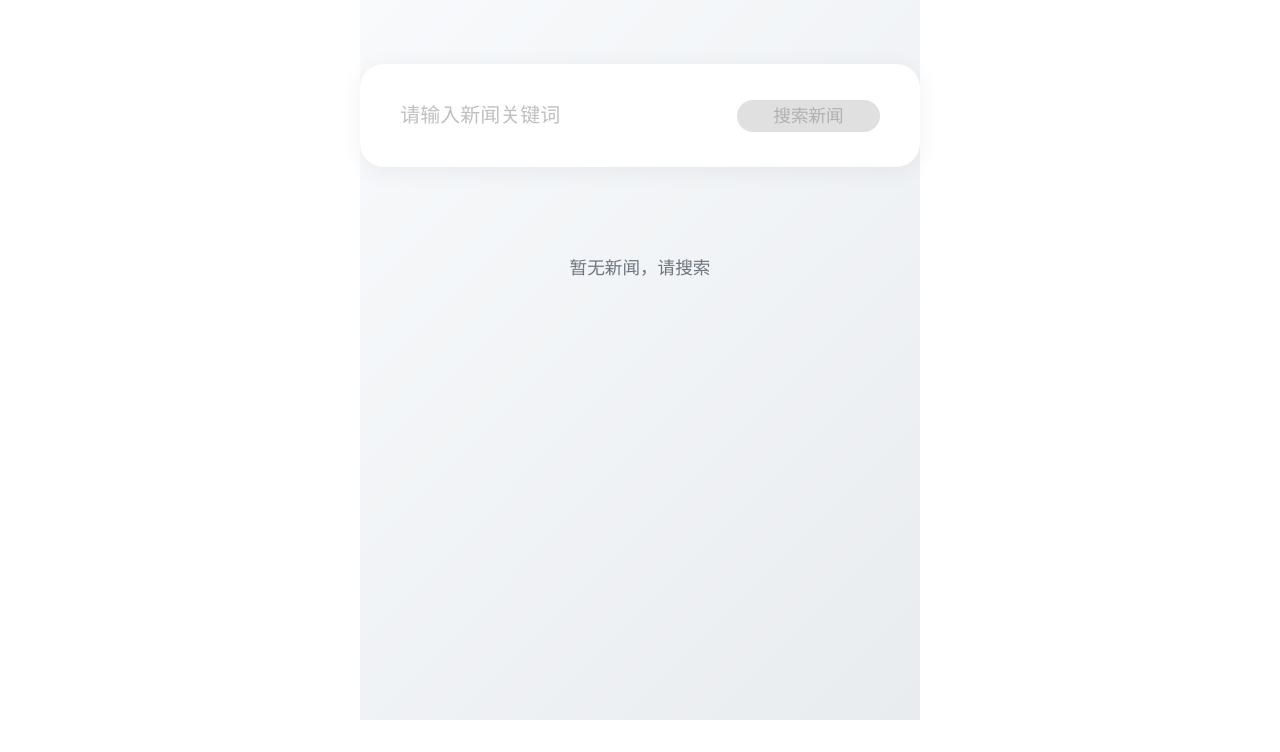
Repository: XJN7197/NewsAssistantBaseMCP
Page: / (app in frontend/)
The author's editor kept a copy of each file at every save. The page is drawn from the files as they stood at one save, then again after the next save.
The browser window is 1280 px wide. The pictures show the whole page.
The project was rebuilt for these pictures with package versions that can differ from the ones it lists, and the page was loaded fresh each time. Also part of the build but not shown: frontend/vite.config.ts.

Above is the page before, as saved 2025-05-22 22:52:06.

### frontend/src/App.tsx
import { useState } from 'react'
import Home from './pages/Home'
import './App.css'

function App() {

  return (
    <>
      <Home/>
    </>
  )
}

export default App

### frontend/src/pages/Home.tsx
import React, { useState } from 'react';
import { List, Checkbox, Button as AntButton, Input, Spin, Modal, Typography, Dropdown } from 'antd'; // Ant Design 组件导入
import 'antd/dist/reset.css'; // 导入 Ant Design 样式
import ReactMarkdown from 'react-markdown';
import remarkGfm from 'remark-gfm';
import styles from './Home.module.css'
import { mockNewsData } from '../mock/newsData'
import { mockReportData } from '../mock/reportData'

// 假设你有这些组件，后续可单独实现
// import NewsSearch from '../components/NewsSearch'
// import NewsCardList from '../components/NewsCardList'
// import AnalyzeButton from '../components/AnalyzeButton'
// import ReportModal from '../components/ReportModal'

const { Title, Text, Link } = Typography;

const Home: React.FC = () => {
  // 搜索关键词
  const [keyword, setKeyword] = useState('')
  // 新闻列表
  const [newsList, setNewsList] = useState<any[]>([])
  // 选中的新闻项
  const [selectedNews, setSelectedNews] = useState<Set<number>>(new Set());
  // 是否正在加载
  const [loading, setLoading] = useState(false)
  // 分析报告内容
  const [report, setReport] = useState<string | null>(null)
  // 控制报告弹窗显示
  const [showReport, setShowReport] = useState(false)

  // 下载报告处理函数
  const handleDownload = () => {
    if (!report) return;

    const timestamp = new Date().toISOString().replace(/[:.]/g, '-');
    const content = report;
    const fileName = `舆情分析报告_${timestamp}.md`;
    const blob = new Blob([content], { type: 'text/plain;charset=utf-8' });
    const url = window.URL.createObjectURL(blob);
    const link = document.createElement('a');
    link.href = url;
    link.download = fileName;
    document.body.appendChild(link);
    link.click();
    document.body.removeChild(link);
    window.URL.revokeObjectURL(url);
  };

  // 搜索新闻
  const handleSearch = async () => {
    setLoading(true)
    setNewsList([]); // 清空旧的新闻列表
    setReport(null); // 清空旧的报告
    setShowReport(false); // 关闭报告弹窗

    try {
      let data;

      // 根据环境变量决定是否使用mock数据
      if (import.meta.env.VITE_USE_MOCK_NEWS === 'true') {
        // 使用mock数据
        await new Promise(resolve => setTimeout(resolve, 1000)); // 模拟延迟
        data = mockNewsData;
      } else {
        // 使用实际API
        const response = await fetch('http://localhost:8000/search', {
          method: 'POST',
          headers: {
            'Content-Type': 'application/json',
          },
          body: JSON.stringify({ keyword: keyword }),
        });

        if (!response.ok) {
          throw new Error(`HTTP error! status: ${response.status}`);
        }

        data = await response.json();
      }

      // 检查返回的数据结构，确保有 news_list 字段
      if (data && data.news_list) {
        console.log("获取到的新闻数据:", data.news_list);
        // 初始化选中状态，默认全部选中
        const initialNewsList = data.news_list.map((news: any, index: number) => ({ ...news, id: index })); // selected 属性由 selectedNews Set 管理
        setNewsList(initialNewsList);
        const initialSelected = new Set<number>(initialNewsList.map((news: any) => news.id));
        setSelectedNews(initialSelected);
      } else {
        setNewsList([{ error: '未获取到新闻数据或数据格式不正确' }]);
      }

    } catch (error) {
      console.error("搜索新闻失败:", error);
      setNewsList([{ error: `搜索新闻失败: ${error}` }]);
    } finally {
      setLoading(false);
    }
  }

  // 分析新闻
  const handleAnalyze = async () => {
    setLoading(true);
    setReport(null); // 清空旧的报告
    setShowReport(true); // Show modal immediately

    // 过滤出选中的新闻
    const newsToAnalyze = newsList.filter(news => selectedNews.has(news.id));

    if (newsToAnalyze.length === 0) {
        setReport("没有新闻内容可供分析。");
        setLoading(false);
        return;
    }

    try {
      let data;

      // 根据环境变量决定是否使用mock数据
      if (import.meta.env.VITE_USE_MOCK_REPORT === 'true') {
        // 使用mock数据
        await new Promise(resolve => setTimeout(resolve, 1000)); // 模拟延迟
        data = mockReportData;
      } else {
        // 使用实际API
        const response = await fetch('http://localhost:8000/analyze', {
          method: 'POST',
          headers: {
            'Content-Type': 'application/json',
          },
          body: JSON.stringify({ news_list: newsToAnalyze }),
        });

        if (!response.ok) {
          throw new Error(`HTTP error! status: ${response.status}`);
        }

        data = await response.json();
      }

      // 检查返回的数据结构，确保有 report 字段
      if (data && data.report) {
        console.log("获取到的分析报告:", data.report);
        setReport(data.report);
      } else {
        setReport("未获取到分析报告或报告格式不正确");
      }

    } catch (error) {
      console.error("分析新闻失败:", error);
      setReport(`分析新闻失败: ${error}`);
    } finally {
      setLoading(false);
    }
  }



  return (
    <div className={styles['home-container']}>
      {/* 搜索栏 - 使用 Ant Design 组件 */}
      <div className={styles['search-bar']}>
        <Input
          placeholder="请输入新闻关键词"
          value={keyword}
          onChange={e => setKeyword(e.target.value)}
          onPressEnter={handleSearch} // 支持回车搜索
          style={{ flex: 1, fontSize: '1.25rem', padding: '12px 0' }} // 保持原有部分样式
        />
        <AntButton
          type="primary"
          onClick={handleSearch}
          loading={loading}
          disabled={!keyword}
          style={{ borderRadius: '16px', padding: '14px 36px', fontSize: '1.1rem', fontWeight: 500 }} // 保持原有部分样式
        >
          搜索新闻
        </AntButton>
      </div>

      {/* 新闻列表 - 使用 Ant Design List 组件 */}
      <div className={styles['news-list-container']}> {/* 新增一个容器来控制 List 的宽度和间距 */}
        {loading && newsList.length === 0 && <div style={{ textAlign: 'center', padding: '40px 0' }}><Spin size="large" /></div>}
        {!loading && newsList.length === 0 && <div style={{ textAlign: 'center', color: '#6c757d', fontSize: '1.1rem', padding: '40px 0' }}>暂无新闻，请搜索</div>}
        {newsList.length > 0 && newsList[0].error && (
          <div className={styles['error-message']}>{newsList[0].error}</div>
        )}
        {newsList.length > 0 && !newsList[0].error && (
          <List
            itemLayout="horizontal"
            dataSource={newsList}
            renderItem={item => {
              const onItemChange = (e: any) => {
                setSelectedNews(prevSelected => {
                  const newSelected = new Set(prevSelected);
                  if (e.target.checked) {
                    newSelected.add(item.id);
                  } else {
                    newSelected.delete(item.id);
                  }
                  return newSelected;
                });
              };
              return (
                <List.Item
                  actions={[
                    <Link href={item.url} target="_blank" rel="noopener noreferrer">阅读原文</Link>
                  ]}
                  style={{ background: '#fff', borderRadius: '12px', marginBottom: '16px', padding: '20px', boxShadow: '0 2px 12px 0 rgba(0,0,0,0.05)' }}
                >
                  <List.Item.Meta
                    avatar={<Checkbox checked={selectedNews.has(item.id)} onChange={onItemChange} style={{paddingRight: '10px'}}/>}
                    title={<Title level={5} style={{ margin: 0, fontSize: '1.3rem', fontWeight: 600, color: '#1d1d1f' }}>{item.title}</Title>}
                    description={<Text type="secondary" style={{ fontSize: '1rem', lineHeight: 1.6, display: '-webkit-box', WebkitLineClamp: 3, WebkitBoxOrient: 'vertical', overflow: 'hidden', textOverflow: 'ellipsis' }}>{item.desc}</Text>}
                  />
                </List.Item>
              );
            }}
          />
        )}
      </div>

      {/* 一键分析按钮 - 使用 Ant Design Button */}
      {newsList.length > 0 && !newsList[0].error && (
        <div className={styles['analyze-btn']}>
          <AntButton
            type="primary"
            onClick={handleAnalyze}
            loading={loading}
            disabled={selectedNews.size === 0}
            style={{ borderRadius: '16px', padding: '16px 48px', fontSize: '1.2rem', fontWeight: 600, background: 'linear-gradient(90deg, #34e89e 0%, #0f3443 100%)' }} // 保持原有部分样式
          >
            一键舆情分析
          </AntButton>
        </div>
      )}

      {/* 分析报告弹窗 - 使用 Ant Design Modal */}
      <Modal
        title={<Title level={3} style={{ textAlign: 'center', marginBottom: 0 }}>舆情分析报告</Title>}
        open={showReport}
        onCancel={() => setShowReport(false)}
        footer={[
          <AntButton
            key="download"
            onClick={handleDownload}
            disabled={!report}
            style={{ borderRadius: '12px', marginRight: '8px' }}
          >
            下载报告
          </AntButton>,
          <AntButton key="close" type="primary" onClick={() => setShowReport(false)} style={{ borderRadius: '12px' }}>
            关闭
          </AntButton>
        ]}
        width="60vw"
        styles={{ body: { maxHeight: '70vh', overflowY: 'auto', background: '#fff', padding: '24px 40px' } }}
      >
        {loading && !report ? (
          <div style={{ textAlign: 'center', padding: '40px 0' }}>
            <Spin size="large" tip="分析报告生成中..." />
          </div>
        ) : report ? (
          <ReactMarkdown remarkPlugins={[remarkGfm]}>{report}</ReactMarkdown>
        ) : (
          <Text>报告生成中或无内容...</Text>
        )}
      </Modal>
    </div>
  )
}

export default Home

### frontend/src/pages/Home.module.css
.home-container {
  min-height: 100vh;
  background: linear-gradient(135deg, #f8fafc 0%, #e9ecef 100%);
  display: flex;
  flex-direction: column;
  align-items: center;
  padding: 64px 0 48px 0; /* 调整了上下padding，左右padding设为0，因为内容区会通过max-width控制 */
  font-family: -apple-system, BlinkMacSystemFont, "Segoe UI", Roboto, "Helvetica Neue", Arial, "PingFang SC", "Hiragino Sans GB", "Microsoft YaHei", sans-serif;
}

.search-bar {
  display: flex;
  align-items: center;
  gap: 24px; /* 增加了元素间距 */
  background: #fff;
  border-radius: 24px; /* 更大的圆角 */
  box-shadow: 0 4px 24px 0 rgba(0,0,0,0.06); /* 更柔和的阴影 */
  padding: 24px 40px; /* 增加了内边距 */
  margin-bottom: 48px; /* 增加了与下方元素的间距 */
  width: 100%;
  max-width: 720px; /* 搜索栏最大宽度 */
}

.search-bar input[type="text"] {
  flex: 1;
  border: none;
  outline: none;
  font-size: 1.25rem; /* 稍大字体 */
  background: transparent;
  color: #222;
  padding: 12px 0; /* 增加了输入框的垂直padding */
}

.search-bar button {
  background: linear-gradient(90deg, #007aff 0%, #00c6fb 100%);
  color: #fff;
  border: none;
  border-radius: 16px; /* 更大的圆角 */
  padding: 14px 36px; /* 增加了按钮padding */
  font-size: 1.1rem; /* 稍大字体 */
  font-weight: 500;
  cursor: pointer;
  transition: background 0.2s, box-shadow 0.2s;
  box-shadow: 0 4px 16px 0 rgba(0,122,255,0.10); /* 按钮阴影 */
}

.search-bar button:disabled {
  background: #e0e0e0;
  color: #b0b0b0;
  cursor: not-allowed;
  box-shadow: none;
}

.news-list-container { /* Renamed from .news-list */
  width: 100%;
  max-width: 900px; /* 新闻列表最大宽度，比搜索栏稍宽 */
  margin-bottom: 40px;
  min-height: 180px; /* 最小高度，避免内容过少时塌陷 */
  display: flex;
  flex-direction: column;
  gap: 24px; /* 新闻卡片之间的间距 */
  /* 可以在这里添加新闻卡片的样式，或者为新闻卡片组件单独创建样式文件 */
}

/* 针对 news-list 中暂无新闻的提示文本样式 */
.news-list > div {
  color: #6c757d; /* 柔和的提示文字颜色 */
  font-size: 1.1rem;
  text-align: center;
  padding: 40px 0;
}

/* Styles for .news-card, .checkbox-container, .news-content, .news-title, .news-desc, .news-link are removed as Ant Design components handle them */

/* 错误消息样式 */
.error-message {
  color: #dc3545; /* 红色错误提示 */
  font-size: 1.1rem;
  text-align: center;
  padding: 40px 0;
}


.analyze-btn {
  margin-bottom: 32px;
}

.analyze-btn button {
  background: linear-gradient(90deg, #34e89e 0%, #0f3443 100%); /* 保持了之前的渐变色 */
  color: #fff;
  border: none;
  border-radius: 16px; /* 更大的圆角 */
  padding: 16px 48px; /* 增加了按钮padding */
  font-size: 1.2rem; /* 稍大字体 */
  font-weight: 600;
  cursor: pointer;
  transition: background 0.2s, box-shadow 0.2s;
  box-shadow: 0 4px 16px 0 rgba(52,232,158,0.10); /* 按钮阴影 */
}

.analyze-btn button:disabled {
  background: #e0e0e0;
  color: #b0b0b0;
  cursor: not-allowed;
  box-shadow: none;
}

/* Styles for .report-modal and its children are removed as Ant Design Modal component handles them */

### frontend/src/mock/newsData.ts
export const mockNewsData = {
    news_list: [
      {
        title: "Qwen引领AI前端技术革新：深度解析一句话开发网页的突破_模型_行业_创新",
        desc: "在人工智能快速发展的2025年，来自量子位的最新报道显示，AI技术正迎来前所未有的革新，尤其是在前端开发领域。由Qwen推出的“AI前端工程师”WebDev工具，以...",
        url: "https://news.sohu.com/a/893821748_121924584"
      },
      {
        title: "谷歌推Gemini2.5Pro模型，AI 助力前端开发与复杂编程",
        desc: "谷歌推Gemini2.5Pro模型#，AI 助力前端开发与复杂编程】5 月7 日消息，科技媒体The Decoder 昨日（5 月6 日）发布博文，报道称谷歌为预热今年的I/O...",
        url: "https://news.sina.com.cn/external/car/2025-05-07/doc-inevtine1324735.shtml"
      },
      {
        title: "前端程序员请注意！首个截图就能生成现代前端代码的AI来了 | 已开源",
        desc: "现在截图生成代码，已经来到了一个新高度——. ⾸个⾯向现代前端代码⽣成的多模态⼤模型解决⽅案，来了！ 而且是开源的那种。 前端程序员请注意！首个截图就能...",
        url: "https://www.qbitai.com/2025/02/258521.html"
      },
      {
        title: "AI包办79%代码，程序员饭碗不保，前端开发要凉，人类只配改Bug？",
        desc: "编码助手更偏向自动化。有79%的Claude Code对话可以被归为「自动化」，即AI直接完成任务，而不是与人类协作「增强」。相比之下，Claude.ai的对话中只有49%是...",
        url: "https://m.36kr.com/p/3271134281245063"
      },
      {
        title: "武汉烽火申请前后端协同开发方法专利，大大降低前后端耦合度",
        desc: "本文源自:金融界. 金融界2025年5月15日消息，国家知识产权局信息显示，武汉烽火信息集成技术有限公司申请一项名为“前后端协同开发方法、装置、设备及可...",
        url: "https://cj.sina.cn/articles/view/1704103183/65928d0f02007wlqg?froms=ggmp"
      }
    ]
  };

### frontend/src/mock/reportData.ts
// 模拟舆情分析报告数据
export const mockReportData = {
  report: `
  **分析时间：** 2025-05-22 20:48:32

  ---

  ## 📥 原始新闻内容

  ### 新闻1
  - **标题**: Qwen引领AI前端技术革新：深度解析一句话开发网页的突破_模型_行业_创新
  - **描述**: 在人工智能快速发展的2025年，来自量子位的最新报道显示，AI技术正迎来前所未有的革新，尤其是在前端开发领域。由Qwen推出的“AI前端工程师”WebDev工具，以...
  - **链接**: https://news.sohu.com/a/893821748_121924584

  ### 新闻2
  - **标题**: 谷歌推Gemini2.5Pro模型，AI 助力前端开发与复杂编程
  - **描述**: 谷歌推Gemini2.5Pro模型#，AI 助力前端开发与复杂编程】5 月7 日消息，科技媒体The Decoder 昨日（5 月6 日）发布博文，报道称谷歌为预热今年的I/O...
  - **链接**: https://news.sina.com.cn/external/car/2025-05-07/doc-inevtine1324735.shtml

  ### 新闻3
  - **标题**: 前端程序员请注意！首个截图就能生成现代前端代码的AI来了 | 已开源
  - **描述**: 现在截图生成代码，已经来到了一个新高度——. ⾸个⾯向现代前端代码⽣成的多模态⼤模型解决⽅案，来了！ 而且是开源的那种。 前端程序员请注意！首个截图就能...
  - **链接**: https://www.qbitai.com/2025/02/258521.html

  ### 新闻4
  - **标题**: AI包办79%代码，程序员饭碗不保，前端开发要凉，人类只配改Bug？
  - **描述**: 编码助手更偏向自动化。有79%的Claude Code对话可以被归为「自动化」，即AI直接完成任务，而不是与人类协作「增强」。相比之下，Claude.ai的对话中只有49%是...
  - **链接**: https://m.36kr.com/p/3271134281245063

  ### 新闻5
  - **标题**: 武汉烽火申请前后端协同开发方法专利，大大降低前后端耦合度
  - **描述**: 本文源自:金融界. 金融界2025年5月15日消息，国家知识产权局信息显示，武汉烽火信息集成技术有限公司申请一项名为“前后端协同开发方法、装置、设备及可...
  - **链接**: https://cj.sina.cn/articles/view/1704103183/65928d0f02007wlqg?froms=ggmp

  ---

  ## 📊 分析结果

  ### 舆情分析报告
  **日期**：2025年5月
  **分析范围**：五篇关于AI与前端开发的新闻

  ---

  #### **一、情绪倾向分析**
  | 新闻编号 | 情绪倾向 | 原因说明 |
  |----------|----------|----------|
  | **新闻1** | **正面** | 强调Qwen的“革新”“突破”等词汇，突出AI技术对前端开发的赋能，传递积极创新信号。 |
  | **新闻2** | **正面** | 谷歌推出新模型推动“AI助力前端开发”，体现技术迭代的行业趋势，语气温和但积极。 |
  | **新闻3** | **正面** | 聚焦“首个截图生成代码”“开源”等关键词，展示AI工具的实用性和开放性，引发开发者关注。 |
  | **新闻4** | **负面** | 标题直接使用“饭碗不保”“要凉”等强烈词汇，讨论AI对程序员职业的冲击，情绪偏担忧。 |
  | **新闻5** | **正面** | 武汉烽火的专利申请聚焦“降低耦合度”技术优化，体现行业对效率提升的关注，属中性积极技术报道。 |

  ---

  #### **二、舆情总结**
  1. **技术革新主导正面情绪**
     - 多篇新闻聚焦AI在前端开发中的创新应用（如Qwen、Gemini2.5Pro、开源工具），强调效率提升、自动化开发等优势，反映行业对AI技术的期待与认可。
     - 专利申请（新闻5）进一步表明企业对技术优化的重视，传递积极发展趋势。

  2. **负面情绪集中于就业风险**
     - 新闻4通过“79%代码由AI包办”“程序员饭碗不保”等表述，引发对AI替代人力的焦虑，负面情绪显著，但未否认技术价值。

  3. **行业矛盾与机遇并存**
     - 正面报道多关注技术突破，负面内容则反映人类与AI协作模式的争议，整体呈现“技术进步”与“职业担忧”的双重叙事。

  ---

  #### **三、建议**
  - **技术开发者**：关注AI工具的开源与迭代（如新闻3），同时提升复合技能以适应自动化趋势。
  - **企业与政策制定者**：平衡技术应用与就业保障，推动人机协作模式的探索。
  - **媒体传播**：客观呈现AI对行业的赋能与挑战，避免过度渲染负面情绪。

  **结论**：当前舆情以技术革新为核心积极主题，但需警惕AI对职业结构的潜在冲击，行业需在创新与人文关怀间寻求平衡。
`
}

Loaded but not shown: frontend/index.html (common file); frontend/src/main.tsx (common file); frontend/src/index.css (common file); frontend/src/App.css (common file)

After the next save:
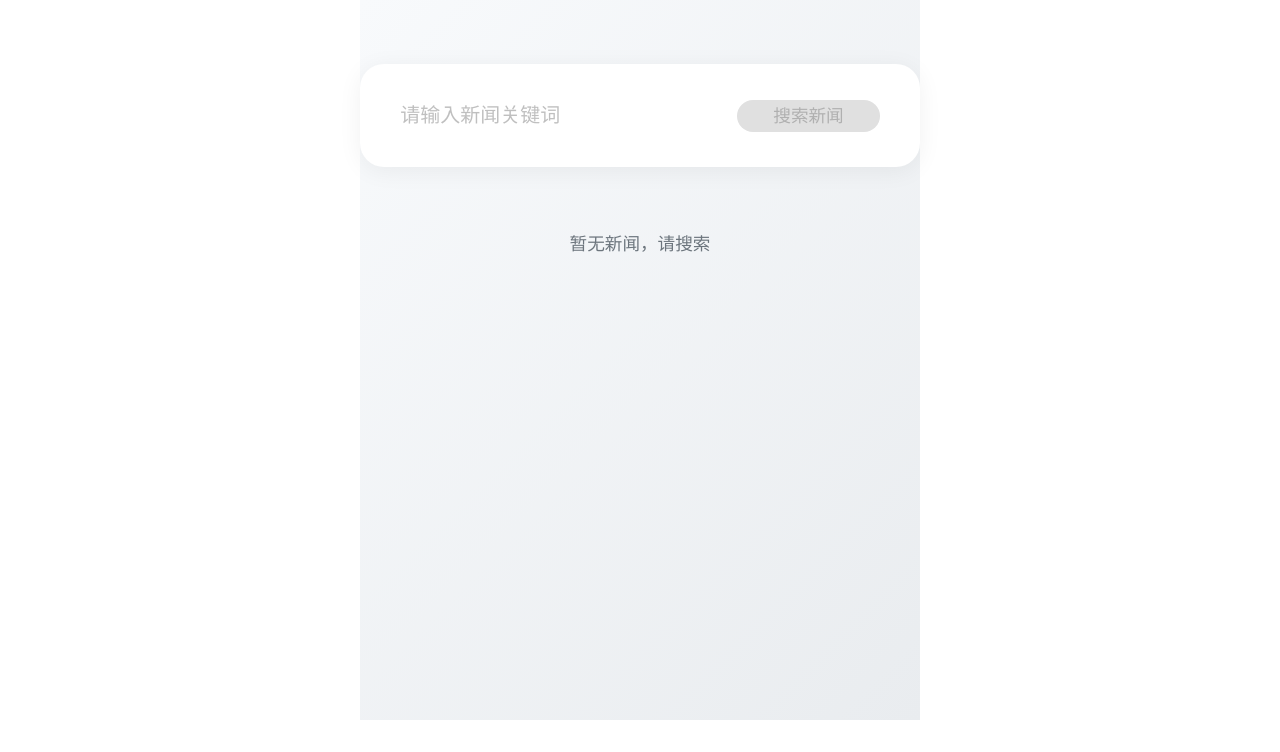
Saved 5 min 4 s later.
--- a/frontend/src/pages/Home.module.css
+++ b/frontend/src/pages/Home.module.css
@@ -16,7 +16,7 @@
   border-radius: 24px; /* 更大的圆角 */
   box-shadow: 0 4px 24px 0 rgba(0,0,0,0.06); /* 更柔和的阴影 */
   padding: 24px 40px; /* 增加了内边距 */
-  margin-bottom: 48px; /* 增加了与下方元素的间距 */
+  margin-bottom: 24px; /* 减小了与下方元素的间距 */
   width: 100%;
   max-width: 720px; /* 搜索栏最大宽度 */
 }
@@ -59,6 +59,7 @@
   display: flex;
   flex-direction: column;
   gap: 24px; /* 新闻卡片之间的间距 */
+  overflow-y: auto; /* 添加垂直滚动 */
   /* 可以在这里添加新闻卡片的样式，或者为新闻卡片组件单独创建样式文件 */
 }
 
